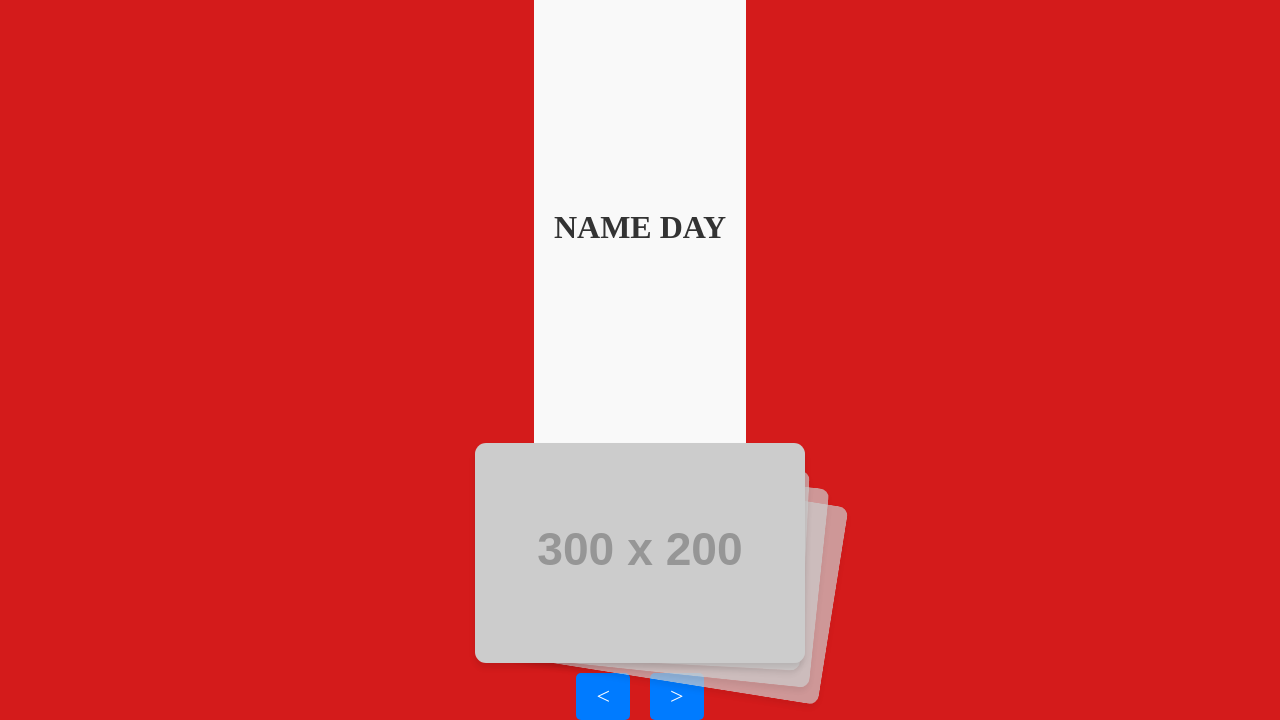
Repository: naps00/BIRTHDAY
Page: /details
These files come from the project's save history. The page is drawn as it stood at one moment and after the next save; the edit follows.
The browser window is 1280 px wide. The pictures show the whole page.
The project was rebuilt for these pictures with package versions that can differ from the ones it lists, and the page was loaded fresh each time.

Above is the page before, as saved 2024-12-12 16:52:30.

After the next save:
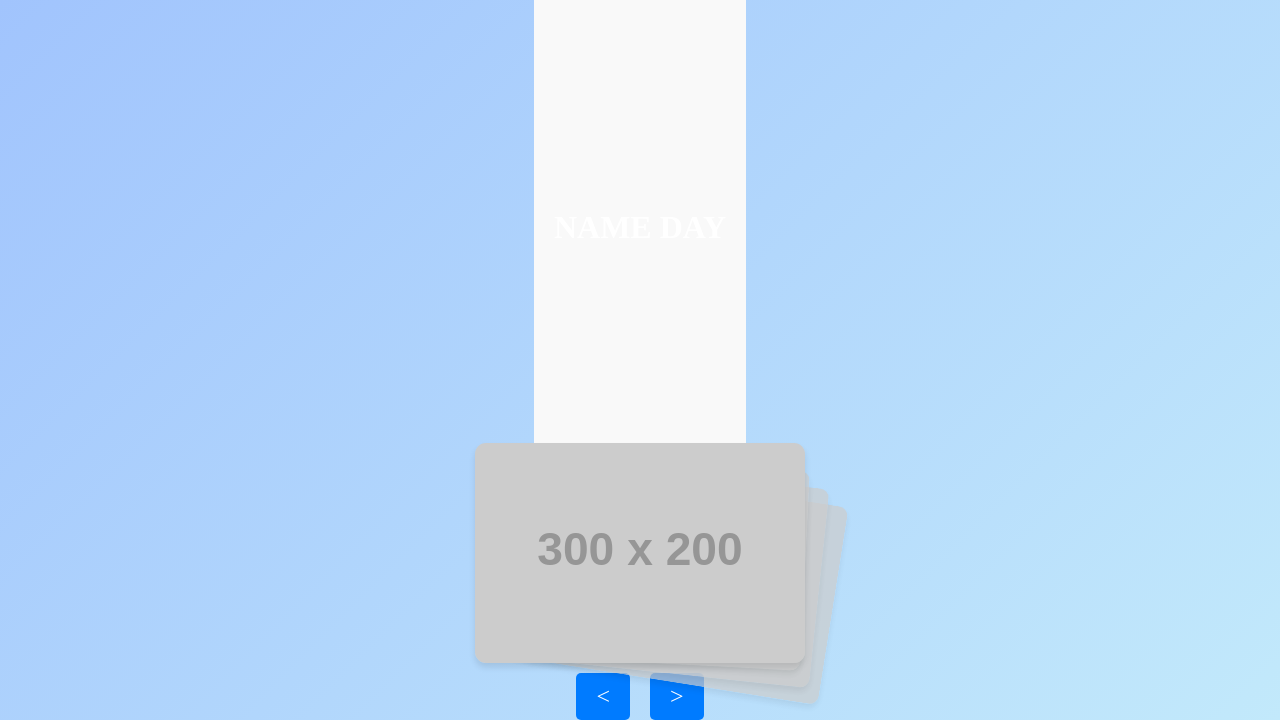
Saved 116 s later.
--- a/src/details.css
+++ b/src/details.css
@@ -4,12 +4,15 @@
   align-items: center;
   justify-content: center;
   height: 100vh;
-  background-color: #d41b1b;
+  background: linear-gradient(135deg, #a1c4fd, #c2e9fb); /* ไล่ระดับจากฟ้าถึงชมพู */
+  background-attachment: fixed; /* พื้นหลังคงที่เมื่อเลื่อน */
+  overflow: hidden; /* จัดการส่วนที่เกิน */
 }
 
 .text-section h1 {
   font-size: 2rem;
   margin-bottom: 20px;
+  color: #ffffff; /* เปลี่ยนข้อความให้สีขาวเพื่อความชัดเจน */
 }
 
 .card-stack {
